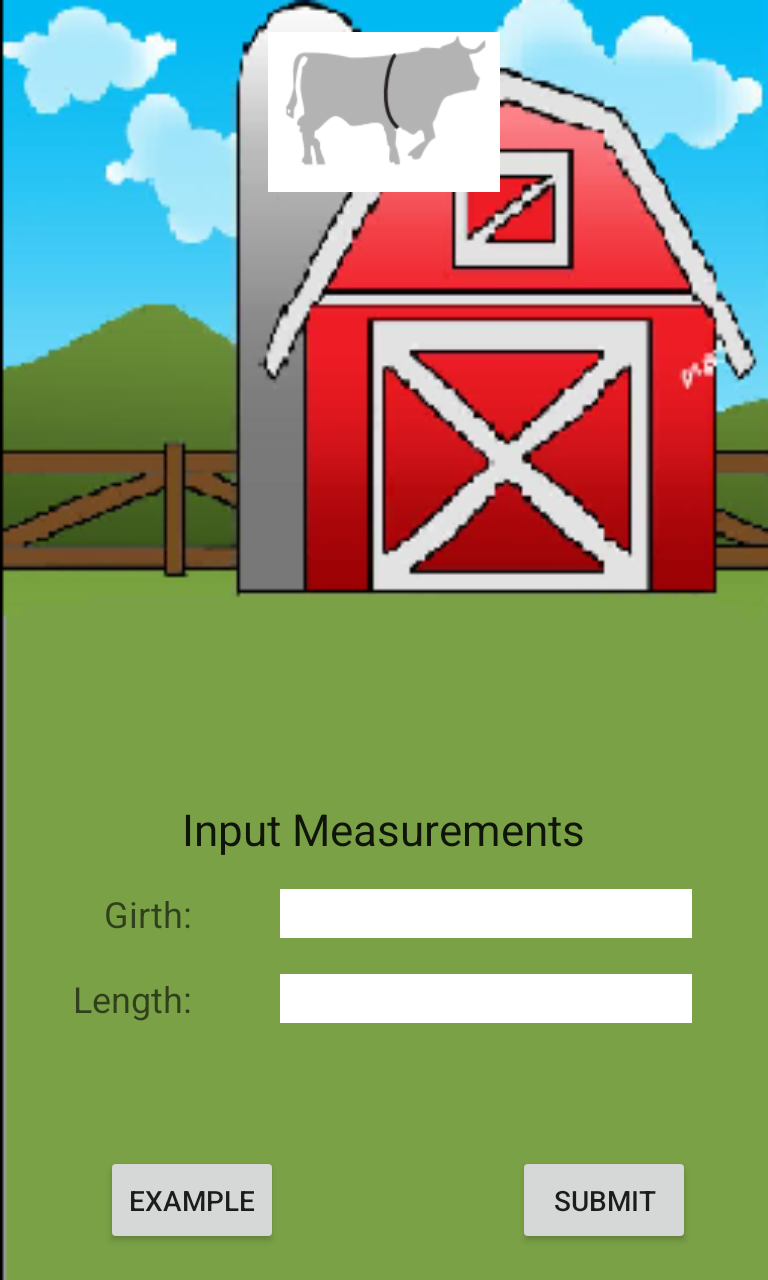
Repository: jdmielke/AnimalApp
Layout: AWEA/res/layout/activity_cow_measurement.xml
The author's editor kept a copy of each file at every save. The layout is drawn from the files as they stood at one save, then again after the next save.
It is drawn on a 768 x 1280 px phone screen (xhdpi) without system bars, with theme AppTheme; the app's code is not run.

Above is the layout before, as saved 2014-11-12 09:51:05.

After the next save:
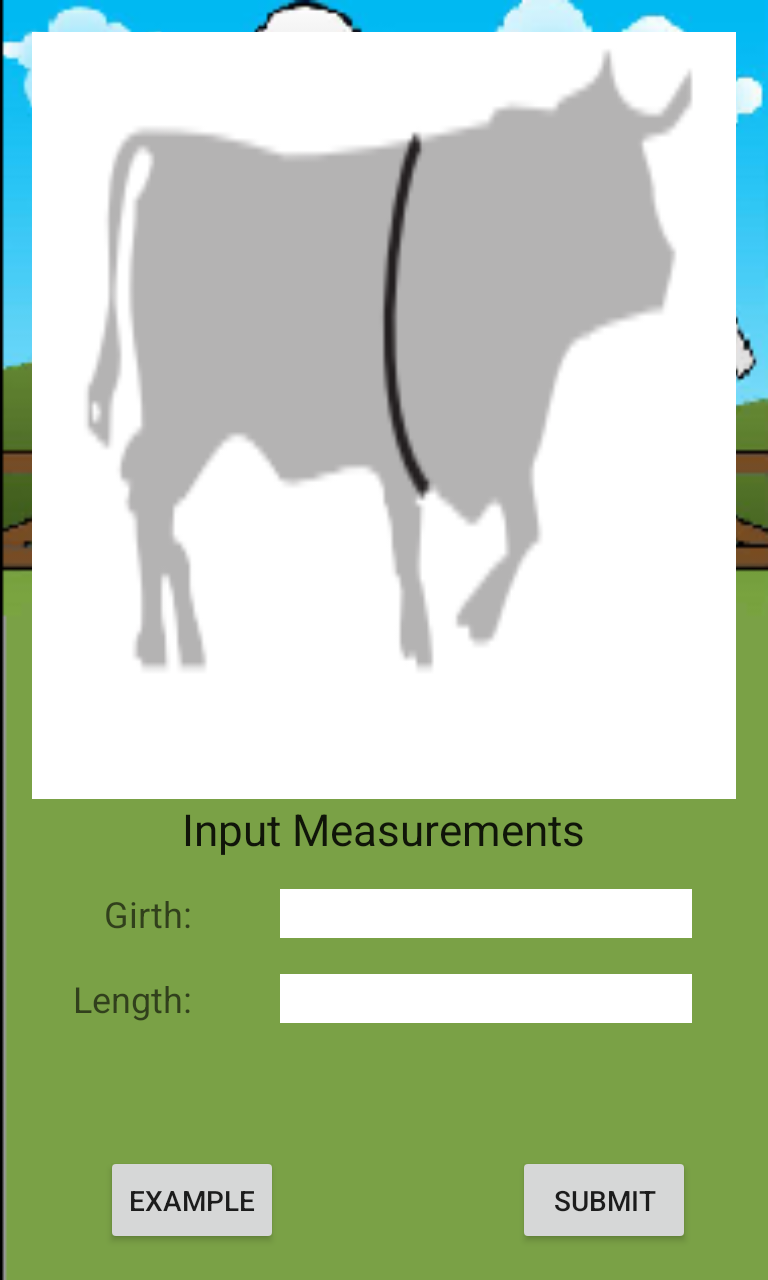
Saved 6 min 34 s later.
--- a/AWEA/res/layout/activity_cow_measurement.xml
+++ b/AWEA/res/layout/activity_cow_measurement.xml
@@ -92,9 +92,11 @@
         android:id="@+id/imageView1"
         android:layout_width="wrap_content"
         android:layout_height="wrap_content"
+        android:layout_above="@+id/textView1"
         android:layout_alignParentLeft="true"
         android:layout_alignParentRight="true"
         android:layout_alignParentTop="true"
+        android:scaleType="fitXY"
         android:src="@drawable/beefdiagram" />
 
 </RelativeLayout>
